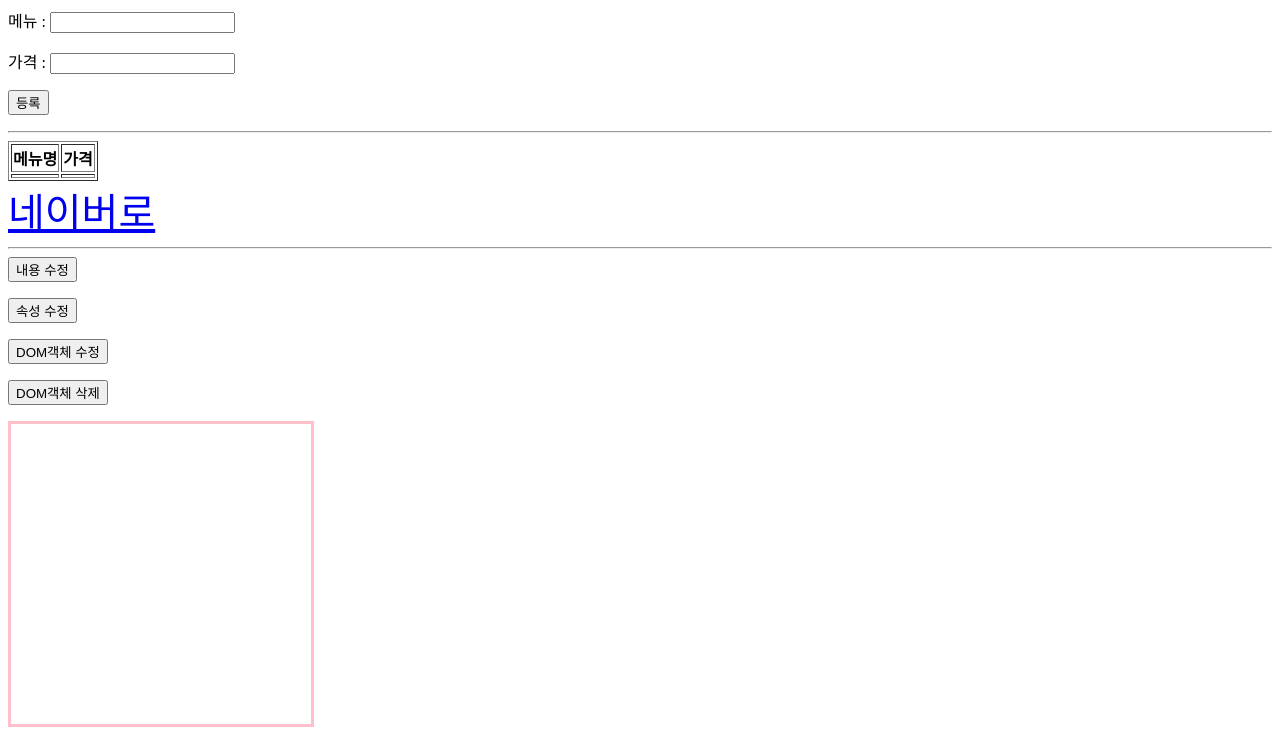
Repository: AgentHyun/FishDalle3
Page: Feb14_1_jQuery/WebContent/1_DOM.html
An editor plug-in stored every save of this project. The page is shown before and after the next save, followed by the edit.
The browser window is 1280 px wide. The pictures show the whole page.

Above is the page before, as saved 2025-02-14 01:44:36.
Console error: SyntaxError: missing ) after argument list

### Feb14_1_jQuery/WebContent/1_DOM.html
<!DOCTYPE html>
<html>
<head>
<meta charset="UTF-8">
<title>Insert title here</title>
<style type = "text/css">
 .t2{font-size : 30pt;}
 #t{background-color:pink; color : lightblue;}
 div {border : pink solid 3px; width : 300px; height : 300px;}

</style>
<script type = "text/javascript" src = "jQuery.js"></script>
<script type = "text/javascript">
$(function(){

	$("#b1").click(function()
			{
		alert('asdf');
		$("a").text("유튜브로");

		//text()의 소괄호 안에 값을 넣지 않으면
		//기존의 값을 가져오게 됨

		let t = $("a").text();

			});


		//$("a").html("<b>유튜브로</b>");
//		$("a").text("<b>유튜브로</b>");
//        <b>를 텍스트로 인식!

		//.html() 사용하면 새로운 html요소로 변경할 수 있음






	$("#b2").click(function(){


          $("a").attr("href", "https://www.youtube.com");


          // 이 a태그에 css를 주고 싶은데 a태그가 많다면
          // id도 부여할  수 있음
          $("a").attr("id", "t");

          // 속성 지우기
          $("a").removeAttr("class");



	});

     $("#b3").click(function()
    {

    	 //$("css선택자") : 있는 것을 선택
    	 // $("DOM객체") :  DOM 객체 생성
    	 //marquee DOM객체 추가하기

    	 let m = $("<marquee></marquee>").text("발렌타인데이 !");

    	 // behavior : 스크롤 방식 설정
    	 //    scroll : 한쪽 방향으로만 진행 (기본값)
    	 //    alternate : 왕복
    	 m.attr("behavior", "alternate");

    	 // direction : 스크롤방향 설정
    	 //    left(기본값), right, up, down

    	 m.attr("direction", "right");

    	 //요소 추가하기
    	 //기존 요소의 내부에 추가 - append, prepend
    	 $("div").append(m);
    	 //$("div").prepend(m);


    	 //기존 요소의 외부에 추가

    	 // remove() : DOM객체 + 그 하위 요소들을 전부 제거함
    	 // $("div").remove();


    	 //empty() : DOM객체의 하위 요소들을 제거
    	 $("#b4").click(function(){
    		$("div").empty();



    	 });











    }


     );





     $("button").click(function(){
    	 let m = $("#menu");
    	 let p = $("#price");
    	 m = m.val();
    	 p = p.val();
  		let arr = {m , p}

  		$("table").append("<tr>");
  		$("table").append("<td id = "contentM">");
  		$("#contentM").append(arr.m);
  		$("table").append("</td>");
  		$("table").append("<td id = "contentP">");
  		$("#contentP").append(arr.p);
  		$("table").append("</td>");
  		$("table").append("</tr>");

  	 });




});




</script>
</head>
<body>

메뉴 : <input id = "menu"> <p>
가격 : <input id = "price"> <p>
<button>등록</button>
<hr>
<table border = "1">
<tr>
<th>메뉴명</th>

<th>가격</th>
</tr>
<tr id = "content">
<td id = "contentM"></td>
<td id = "contentP"></td>
</tr>

</table>



<a href = "https://www.naver.com" class = "t2">네이버로</a>
<hr>
<button id = "b1">내용 수정</button> <p>
<button id = "b2">속성 수정</button> <p>
<button id = "b3">DOM객체 수정</button> <p>
<button id = "b4">DOM객체 삭제</button> <p>
<div>




</div>

</body>
</html>

Loaded but not shown: Feb14_1_jQuery/WebContent/jQuery.js (library)

After the next save:
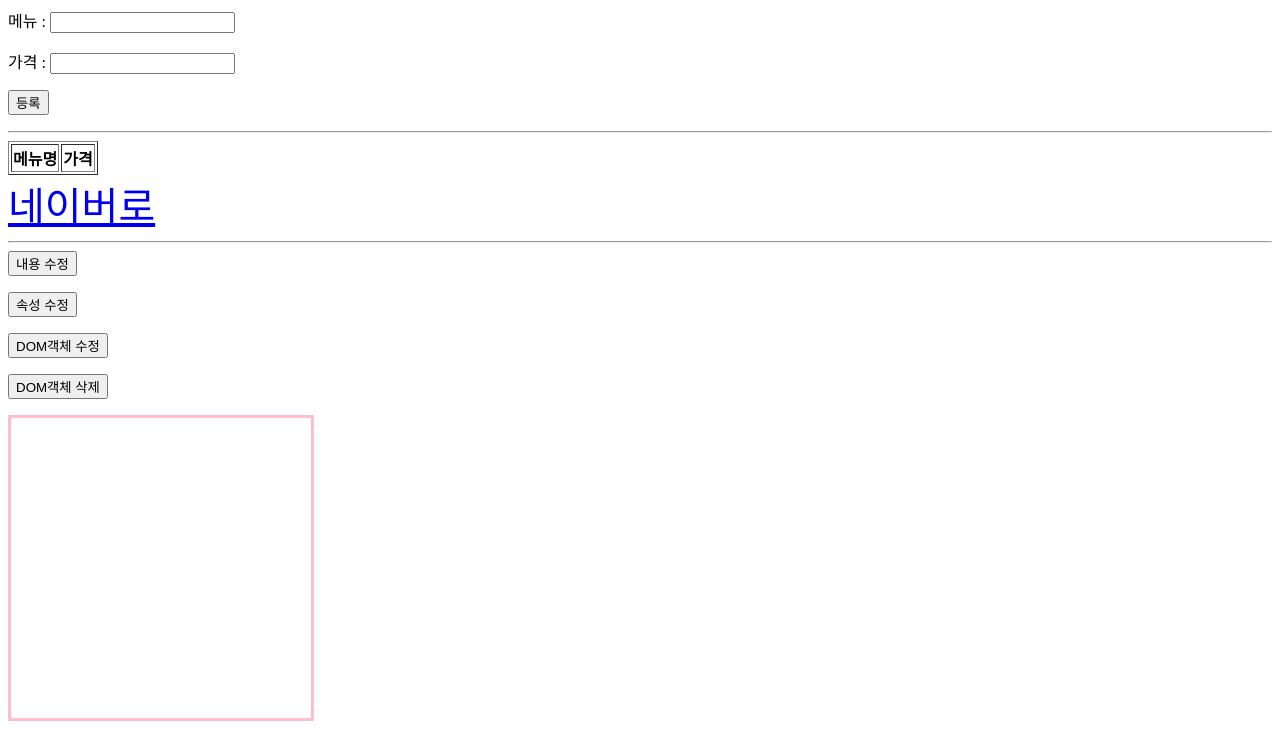
Saved 6 s later.
--- a/Feb14_1_jQuery/WebContent/1_DOM.html
+++ b/Feb14_1_jQuery/WebContent/1_DOM.html
@@ -152,10 +152,7 @@ $(function(){
 
 <th>가격</th>
 </tr>
-<tr id = "content">
-<td id = "contentM"></td>
-<td id = "contentP"></td>
-</tr>
+
 
 </table>
 
